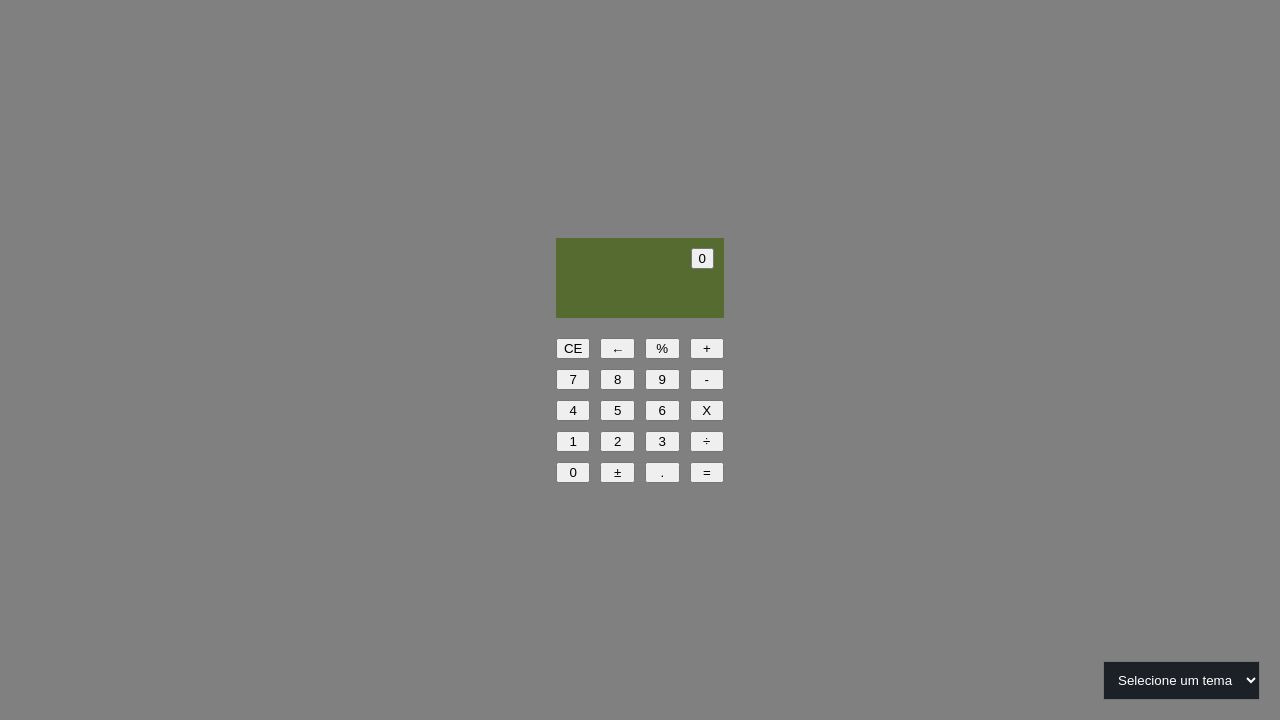
Repository: thislucasme/changing-theme-color-html-css-js
Page: index.html
An editor plug-in stored every save of this project. The page is shown before and after the next save, followed by the edit.
The browser window is 1280 px wide. The pictures show the whole page.

Above is the page before, as saved 2022-06-29 16:06:58.

### index.html
<!DOCTYPE html>
<html lang="pt_BR">

<head>
    <meta charset="UTF-8">
    <meta http-equiv="X-UA-Compatible" content="IE=edge">
    <meta name="viewport" content="width=device-width, initial-scale=1.0">
    <title>Atividade 22 - Calculadora Javascript</title>
    <link href="css/estilo.css" rel="stylesheet"/>
</head>

<body>
    <div class="calculadora">
        <div class="painel">
            <div class="operacao"></div>
            <div class="resultado"></div>
            <button id="resultado" name="resultado">0</button>
        </div>

        <div class="botoes">
            <button class="botao" id="apagar" onclick="limpar(0)">CE</button>
            <button class="botao" id="apagar" onclick="apagarUltimo()">&#8592;</button>
            <button class="botao" id="porcentagem" onclick="porcentagem()">%</button>
            <button class="botao" id="soma" onclick="verificarSinal('+')">+</button>
            <button class="botao" id="sete" onclick="pegarNumero(7)">7</button>
            <button class="botao" id="oito" onclick="pegarNumero(8)">8</button>
            <button class="botao" id="nove" onclick="pegarNumero(9)">9</button>
            <button class="botao" id="subtrair" onclick="verificarSinal('-')">-</button>
            <button class="botao" id="quatro" onclick="pegarNumero(4)">4</button>
            <button class="botao" id="cinco" onclick="pegarNumero(5)">5</button>
            <button class="botao" id="seis" onclick="pegarNumero(6)">6</button>
            <button class="botao" id="multiplicar" onclick="verificarSinal('x')">X</button>
            <button class="botao" id="um" onclick="pegarNumero(1)">1</button>
            <button class="botao" id="dois" onclick="pegarNumero(2)">2</button>
            <button class="botao" id="3" onclick="pegarNumero(3)">3</button>
            <button class="botao" id="dividir" onclick="verificarSinal('/')">&#247;</button>
            <button class="botao" id="0" onclick="pegarNumero(0)">0</button>
            <button class="botao" id="mais/menos" onclick="mudarSinal()">&#177;</button>
            <button class="botao" id="virgula" onclick="colocarPonto()">.</button>
            <button class="botao" id="igual" onclick="darResultado()">=</button>
        </div>
    </div>
    <select name="tema" id="tema" >
        <option value="t">Selecione um tema</option>
        <option value="tema-1">Tema 1</option>
        <option value="tema-2">Tema 2</option>
        <option value="tema-3">Tema 3</option>
        <option value="tema-4">Tema 4</option>
        <option value="tema-5">Tema 5</option>
    </select>
</body>

<script src="js/script.js" ></script>

</html>

### css/estilo.css
body {
    background-color: grey;
}

html {
    margin: 0;
    padding: 0;
    height: 100vh;
    display: flex;
    justify-content: center;
    align-items: center;
}

.theme-light {
    --color-primary: #0060df;
    --color-secondary: #fbfbfe;
    --color-accent: #fd6f53;
    --font-color: #000000;
    --tela-color: rgba(161, 161, 161, 0);
}

.theme-dark {
    --color-primary: #17ed90;
    --color-secondary: #243133;
    --color-accent: #12cdea;
    --font-color: #ffffff;
    --tela-color: rgba(88, 92, 33, 0.849);
}
}

.calculadora {
    width: 300px;
    height: 400px;
    background-color: var(--color-secondary);
    border-radius: 20px;
    padding: 25px;
    display: flex;
    flex-direction: column;

}




.painel {
    height: 80px;
    width: 100%;
    background-color: darkolivegreen;
    margin-bottom: 20px;
    font-family: 'LCDMono2 Bold', monospace;
    color: rgba(0, 0, 0, 0.6);
    text-shadow: 4px 4px 3px rgb(0 0 0 / 30%);
    padding: 10px;
    box-sizing: border-box;
    text-align: right;
}

.painel .operacao {
    font-size: 1.5rem;
}

.painel .resultado {
    font-size: 2.5rem;
}

.botoes {
    display: grid;
    grid-template-columns: repeat(4, 1fr);
    grid-template-rows: repeat(5, 1fr);
    gap: 10px;
    flex: 1;
}

.botoes a {
    background-color: #666;
    text-decoration: none;
    color: black;
    text-align: center;
    font-size: 1.5em;
    display: flex;
    justify-content: center;
    align-items: center;
}

.btn-igual {
    grid-row-start: 4;
    grid-row-end: 6;
    grid-column-start: 4;
}

.btn-c {
    grid-column-start: 1;
    grid-column-end: 3;
}

.btn-0 {
    grid-column-start: 1;
    grid-column-end: 3;
}

#tema {
    background-color: rgb(28, 32, 39);
    color: white;
    padding: 10px;
    position: fixed;
    bottom: 20px;
    right: 20px;
}

#tema>option:hover {
    box-shadow: 0 0 10px 100px #a86218 inset;

}

.tema-1 {
    background-color: grey;
}

.tema-1 .botoes a {
    background-color: aquamarine;
    box-shadow: #666;
}

.tema-2 {
    background-color: red;
}

.tema-3 {
    background-color: azul;
}

.tema-4 {
    background-color: aquamarine;
}

@font-face {
    font-family: 'LCDMono2 Bold';
    font-style: normal;
    font-weight: normal;
    src: local('LCDMono2 Bold'), url('../fonts/LCDM2B__.woff') format('woff');
}

### js/script.js
const nmrTela = document.getElementById("resultado")
var valoresEspaco = '';
var valores = []
window.addEventListener("keydown", teclado);



function pegarNumero(numero) {
    if (nmrTela.innerHTML == "0") {
        nmrTela.innerHTML = numero
    }
    else {
        nmrTela.innerHTML += `${numero}`
    }
}

function verificarSinal(sinal) {
    if (valores.length <= 1) {
        valoresEspaco = nmrTela.innerHTML.split(' ')
        valores.push(parseFloat(nmrTela.innerHTML))
        nmrTela.innerHTML += ` ${sinal} `
        valores.push(sinal)
    }
}

function porcentagem() {
    var caracteres = nmrTela.innerHTML.split(' ')
    console.log(caracteres.length, caracteres)
    if (caracteres.length == 3) {
        var valorPorCento = parseFloat(caracteres[2]) / 100
        var caracteresValor2 = caracteres[2].split('')
        if (caracteresValor2.length != 0) {
            if (caracteresValor2[caracteresValor2.length - 1] != "%") {
                nmrTela.innerHTML += '%'
            }
            valores.push(valorPorCento)
        }
    }
}

function colocarPonto() {
    var caracteresDaConta = []
    var caracteresValor1 = []
    var caracteresValor2 = []
    caracteresDaConta.push(nmrTela.innerHTML.trim().split(' '))//separa entre valor 1, operação e valor2
    caracteresValor1.push(caracteresDaConta[0][0].split(''))//separa cada caractere do valor 1

    if (caracteresDaConta[0].length == 3) {
        caracteresValor2.push(caracteresDaConta[0][2].split(''))//se exister 3 posições, separa cada caractere do valor 2
        verificarSeExistePonto(caracteresValor2)
    }

    verificarSeExistePonto(caracteresValor1)

    function verificarSeExistePonto(caracteresValor) {
        for (let i in caracteresValor[0]) {
            if (caracteresValor[0][i] == '.') {
                var acumuladora = '.'
            }
        }

        if (!(acumuladora == '.')) {
            nmrTela.innerHTML += '.'
        }
    }
}

function mudarSinal() {
    const caracteresDaConta = nmrTela.innerHTML.trim().split(' ')
    let caracteresValor1 = caracteresDaConta[0].split('')
    let valor1 = ''
    let valor2 = ''

    if (caracteresDaConta.length == 3) {
        var caracteresValor2 = caracteresDaConta[2].split('')

        if (caracteresValor2[0] == '-') {
            caracteresValor2.shift()
            imprimirValor(caracteresValor2, valor2, caracteresDaConta)
        }
        else {
            caracteresValor2.unshift('-')
            imprimirValor(caracteresValor2, valor2, caracteresDaConta);
        }
    }

    if (valores.length == 0) {
        if (caracteresValor1[0] == "-") {
            caracteresValor1.shift()
            imprimirValor(caracteresValor1, valor1)
        }
        else {
            caracteresValor1.unshift('-')
            imprimirValor(caracteresValor1, valor1)
        }
    }

    function imprimirValor(caracteresValor, valorNumero, caracteresConta) {
        caracteresValor.forEach(valor => {
            valorNumero += valor;
        })
        if (caracteresConta != undefined) {
            nmrTela.innerHTML = `${caracteresConta[0]} ${caracteresConta[1]} ${valorNumero}`
        }
        else {
            nmrTela.innerHTML = valorNumero
        }
    }
}

function darResultado() {
    var resultado = 0
    var operacao = valores[1]
    if (operacao == '-') {
        tratarResultado('-')
    }
    else if (operacao == '+') {
        tratarResultado('+')
    }
    else if (operacao == 'x') {
        tratarResultado('*')
    }
    else if (operacao == '/') {
        tratarResultado('/')
    }
    valores.splice(0, 3)

    function tratarResultado(operacao) {
        valoresEspaco = nmrTela.innerHTML.split(' ')
        valores.push(valoresEspaco[2])
        switch (operacao) {
            case '-':
                resultado = parseFloat(valores[0]) - parseFloat(valores[2])
                limpar(resultado)
                break;
            case '+':
                resultado = parseFloat(valores[0]) + parseFloat(valores[2])
                limpar(resultado)
                break;
            case '*':
                resultado = parseFloat(valores[0]) * parseFloat(valores[2])
                limpar(resultado)
                break;
            case '/':
                resultado = parseFloat(valores[0]) / parseFloat(valores[2])
                limpar(resultado)
                break;
        }
    }
}

function limpar(valor) {
    valores.splice(0, 3)
    nmrTela.innerHTML = valor
}

function apagarUltimo() {
    var caracteres = nmrTela.innerHTML.trim().split('')
    var arrayCaracteresTela = ""
    caracteres.pop()
    for (let i in caracteres) { arrayCaracteresTela += caracteres[i] }
    if ((arrayCaracteresTela == []) || (arrayCaracteresTela == '-')) {
        nmrTela.innerHTML = 0
    }
    else {
        nmrTela.innerHTML = arrayCaracteresTela
    }

    if (caracteres.length == 0) {
        valores.pop()
        valores.pop()
    }
}

function teclado() {
    const numbers = '0123456789'
    const operadores = '+-/x'
    var tecla = event.key
    if (numbers.includes(tecla)) {
        pegarNumero(tecla)
    }
    else if (operadores.includes(tecla)) {
        verificarSinal(tecla)
    }
    else switch (tecla) {
        case '*':
            verificarSinal('x')
            break;
        case '%':
            porcentagem()
            break;
        case '.':
        case ',':
            colocarPonto();
            break;
        case '=':
        case 'Enter':
            darResultado();
            break;
        case 'Backspace':
            apagarUltimo()
            break;
        case 'Escape':
            limpar(0);
            break;
    }
}

const options = document.getElementById("tema");

options.addEventListener("change", function () {
    if (options.value) {
        if (options.value === "tema-1") {
            console.log("tema 1")
        }
        if (options.value === "tema-2") {
            document.getElementsByClassName("calculadora-dois").classList.remove("calculadora-dois");
            document.getElementsByClassName("calculadora-dois").classList.add("calculadora");
        }
        if (options.value === "tema-3") {
            console.log("tema 3")
        }
        if (options.value === "tema-4") {
            console.log("tema 4")
        }
    }
});
function setTheme(themeName) {
    // localStorage.setItem('theme', themeName);
    document.documentElement.className = themeName;
}
setTheme('theme-light');

After the next save:
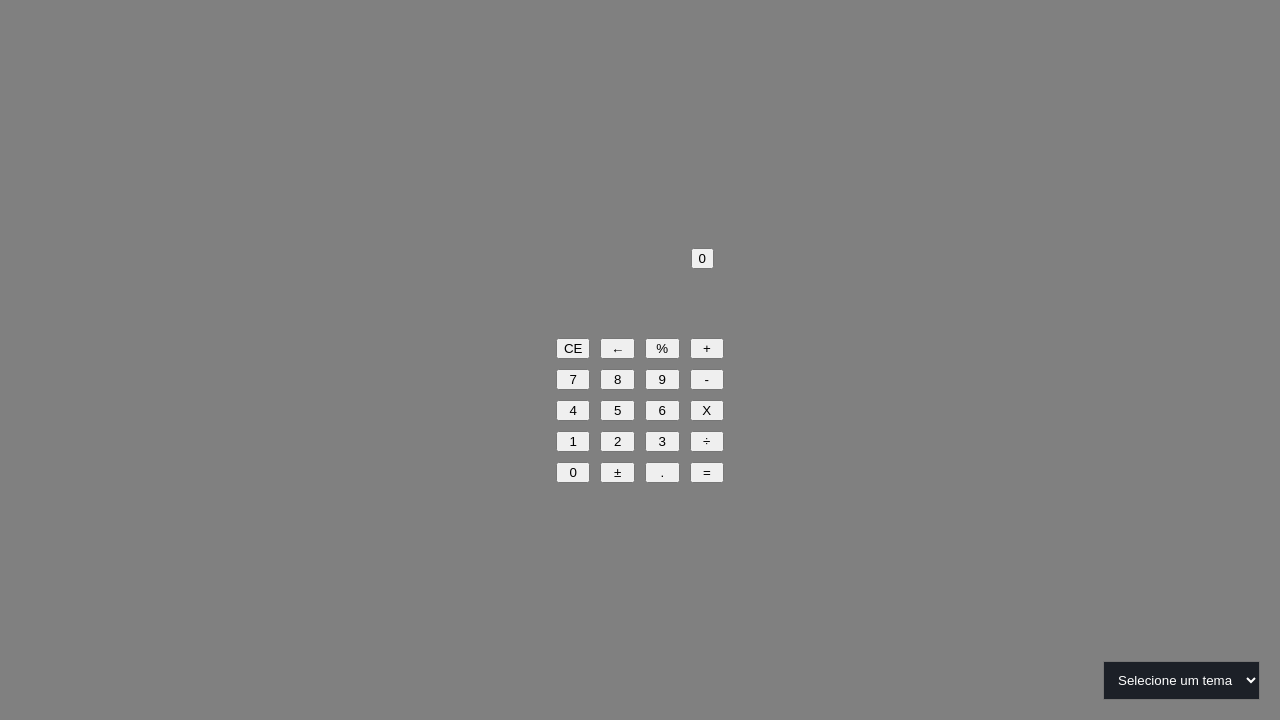
Saved 10 s later.
--- a/css/estilo.css
+++ b/css/estilo.css
@@ -45,7 +45,7 @@
 .painel {
     height: 80px;
     width: 100%;
-    background-color: darkolivegreen;
+    background-color: --tela-color;
     margin-bottom: 20px;
     font-family: 'LCDMono2 Bold', monospace;
     color: rgba(0, 0, 0, 0.6);

After the 2 saves that followed:
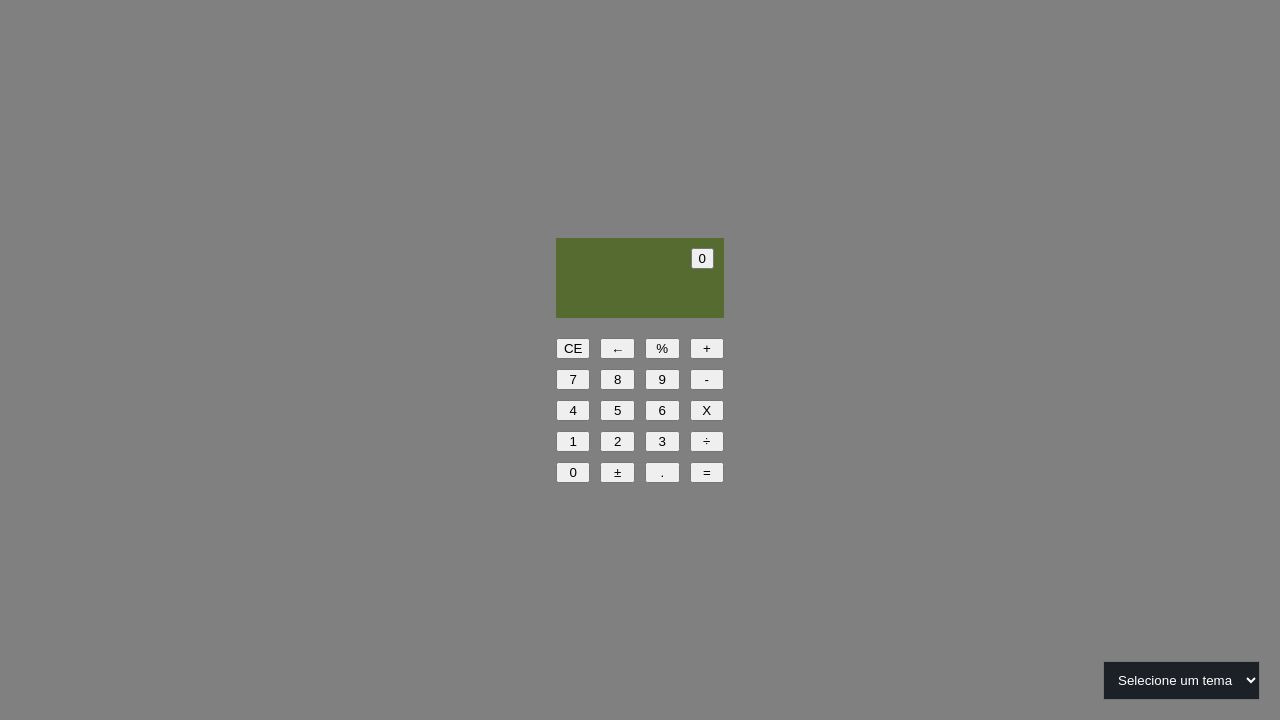
The 2 saves are shown as one change because 1 left the picture as it was.
The last was saved 24 s later.
--- a/css/estilo.css
+++ b/css/estilo.css
@@ -45,7 +45,7 @@
 .painel {
     height: 80px;
     width: 100%;
-    background-color: --tela-color;
+    background-color: darkolivegreen;
     margin-bottom: 20px;
     font-family: 'LCDMono2 Bold', monospace;
     color: rgba(0, 0, 0, 0.6);
